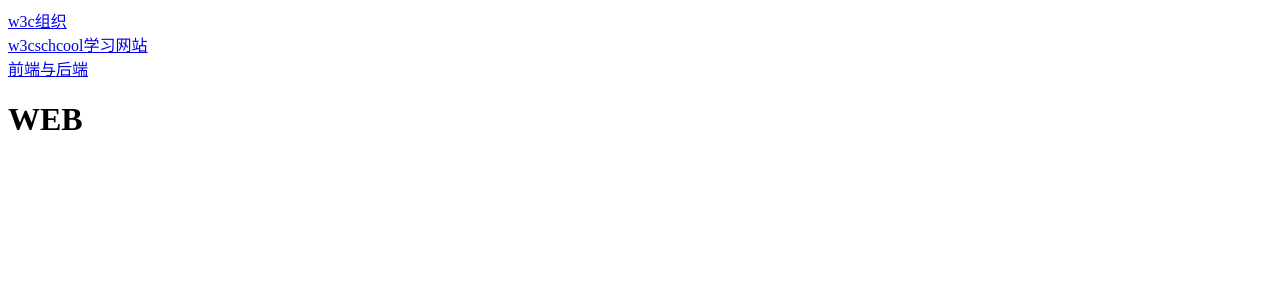
Repository: kankda11/WebProject1
Page: front.html
The author's editor kept a copy of each file at every save. The page is drawn from the files as they stood at one save, then again after the next save.
The browser window is 1280 px wide. The pictures show the whole page.

Above is the page before, as saved 2020-07-11 14:27:02.

### front.html
<!DOCTYPE html>
<html lang="en">
  <head>
    <meta charset="UTF-8" />
    <meta name="viewport" content="width=device-width, initial-scale=1.0" />
    <title>web前端开发</title>
  </head>
  <body>
    <a href="http://www.w3c.org">w3c组织</a><br />
    <a href="http://www.w3cschool.com.cn">w3cschcool学习网站</a><br />
    <a href="test.html">前端与后端</a><br />
    <h1>WEB</h1>
    <h5></h5>
  </body>
</html>

After the next save:
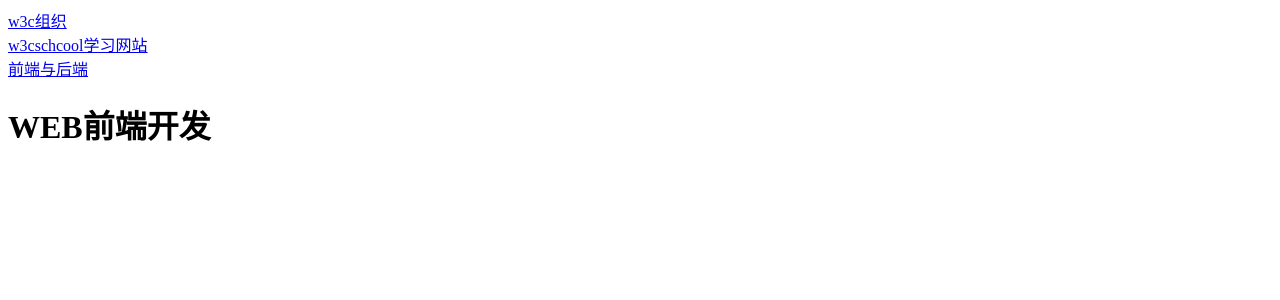
Saved 5 s later.
--- a/front.html
+++ b/front.html
@@ -9,7 +9,7 @@
     <a href="http://www.w3c.org">w3c组织</a><br />
     <a href="http://www.w3cschool.com.cn">w3cschcool学习网站</a><br />
     <a href="test.html">前端与后端</a><br />
-    <h1>WEB</h1>
+    <h1>WEB前端开发</h1>
     <h5></h5>
   </body>
 </html>
